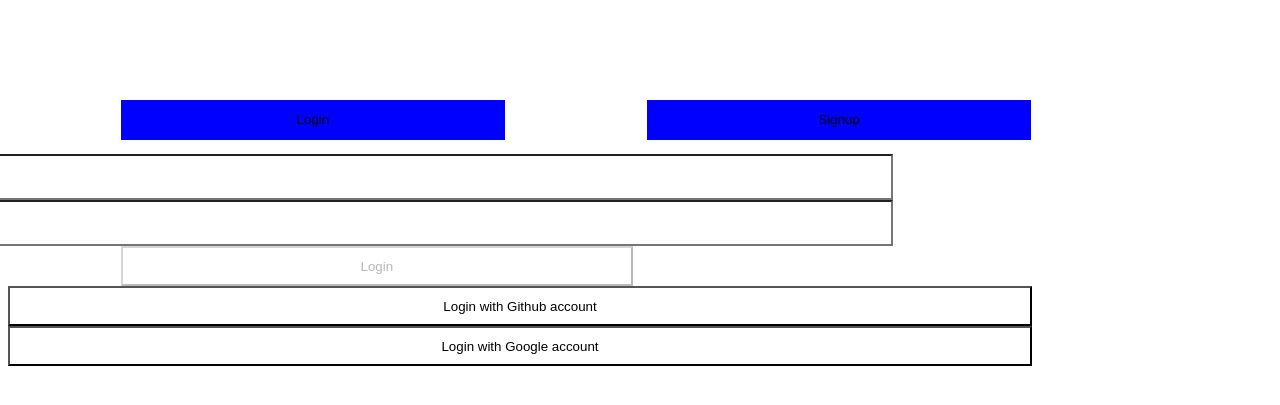
Repository: ValGrace/static-site-generator
Page: /home (app in client-frontend/)
An editor plug-in stored every save of this project. The page is shown before and after the next save, followed by the edit.
The browser window is 1280 px wide. The pictures show the whole page.
The project was rebuilt for these pictures with package versions that can differ from the ones it lists, and the page was loaded fresh each time. Also part of the build but not shown: client-frontend/vite.config.js, client-frontend/src/Components/Signup.jsx, client-frontend/src/App.css.

Above is the page before, as saved 2023-02-04 12:59:37.

### client-frontend/index.html
<!DOCTYPE html>
<html lang="en">
  <head>
    <meta charset="UTF-8" />
    <link rel="icon" type="image/svg+xml" href="/vite.svg" />
    <meta name="viewport" content="width=device-width, initial-scale=1.0" />
    <title>Static Site Generator</title>
  </head>
  <body>
    <div id="root"></div>
    <script type="module" src="/src/main.jsx"></script>
  </body>
</html>

### client-frontend/src/App.jsx
import Dashboard from './Pages/Dashboard'
import './App.css'

function App() {


  return (
    <div className="App">
      <Dashboard />
    </div>
  )
}

export default App

### client-frontend/src/index.css
:root {
  font-family: Inter, system-ui, Avenir, Helvetica, Arial, sans-serif;
  line-height: 1.5;
  font-weight: 400;

  color-scheme: light dark;
  color: rgba(255, 255, 255, 0.87);
  background-color: #ffffff;

  font-synthesis: none;
  text-rendering: optimizeLegibility;
  -webkit-font-smoothing: antialiased;
  -moz-osx-font-smoothing: grayscale;
  -webkit-text-size-adjust: 100%;
}

### client-frontend/src/Pages/Dashboard.jsx
import { useReducer} from 'react'
import Login from '../Components/Login'
import Signup from '../Components/Signup'

const initialState = {page : <Login />}
function reducer(state, action) {
    switch(action.type) {
        case 'loginpage':
          return { page: <Login />}
        case 'signuppage':
            return { page: <Signup />}
        default:
            return { page: <h2>Loading....</h2>}
    }
}
const Dashboard = () => {
    const [state, dispatch] = useReducer(reducer, initialState)
    return (
        <>
         <h2>Static Site Generator</h2>
         <div>Static site Image</div>
         <div>
            <div className='toggleForms'>
                <button onClick={() => dispatch({type: 'loginpage'})} className="type-btn">Login</button>
                <button onClick={() => dispatch({type: 'signuppage'})
                } className="type-btn">Signup</button>
            <div>{state.page}</div>
            </div>
            <button id="auth-btns">Login with Github account</button>
            <button id="auth-btns">Login with Google account</button>
         </div>
       </>
    )
}

export default Dashboard

### client-frontend/src/Components/Login.jsx
import { useRef, useState } from 'react'
import "./Inputs.css"
const Login = () => {
    const emailRef = useRef()
    const passwordRef = useRef()
    const [loading, setLoading] = useState(true)
    const LoginSession = () => {

    }
    return (
    <form onSubmit={LoginSession} className="signupForm">
        <input type='email' placeholder='email address' ref={emailRef} />
        <input type='password' placeholder='password' ref={passwordRef} />
        <button disabled={loading} type='submit' id='sign'>Login</button>
    </form>
    )
}

export default Login

### client-frontend/src/Components/Inputs.css
.signupForm {
   display: flex;
   flex-direction: column;
   justify-content: center;
   align-items: center;
}
input, button {
    width: 80vw;
    height: 3em;
    background-color: transparent;
}

#sign {
   width: 40vw;
}

.toggleForms {
    display: grid;
    grid-template-columns: 40vw 40vw;
    gap: 0.9em;
    justify-content: center;
    align-items: center;
}

.type-btn {
    background-color: blue;
    border: none;
    width: 30vw;
}

Loaded but not shown: client-frontend/src/main.jsx (common file)

After the next save:
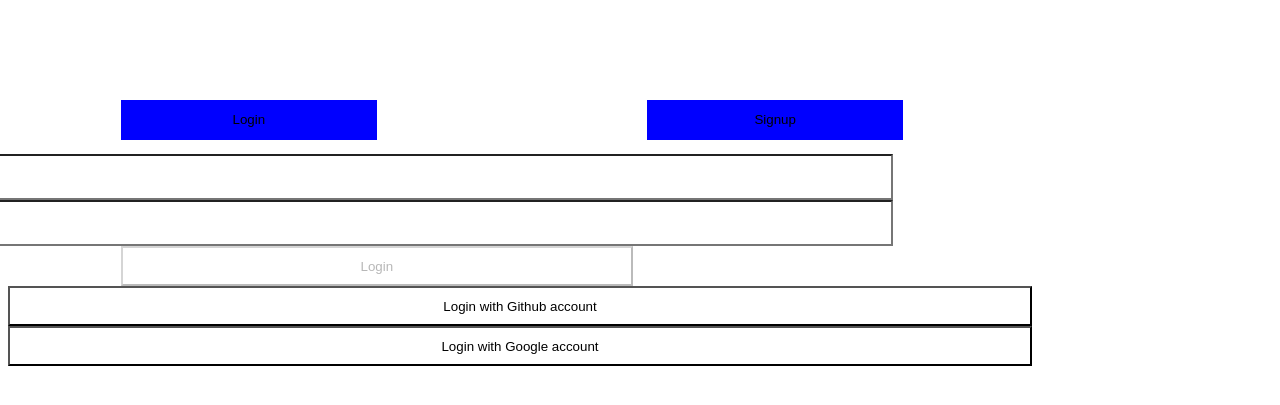
Saved 13 s later.
--- a/client-frontend/src/Components/Inputs.css
+++ b/client-frontend/src/Components/Inputs.css
@@ -25,5 +25,5 @@ input, button {
 .type-btn {
     background-color: blue;
     border: none;
-    width: 30vw;
+    width: 20vw;
 }
